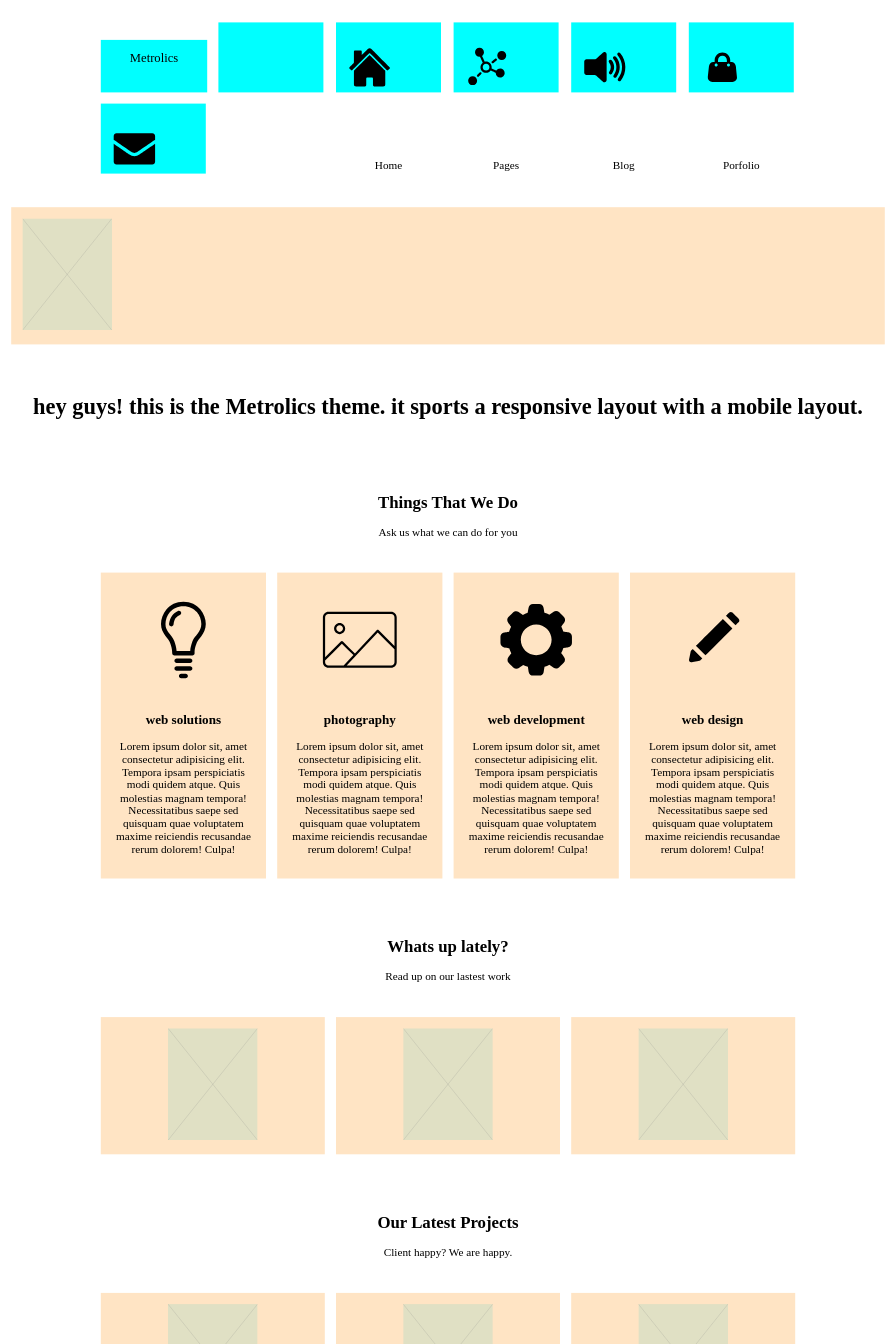
Repository: jjennbui/MDIA2003G-Assignment03B
Page: index.html
The author's editor kept a copy of each file at every save. The page is drawn from the files as they stood at one save, then again after the next save.
The browser window is 1280 px wide. The pictures show the part of the page from y = 0 to 1920 px (the page is 2739 px tall before and 2660 px after), at 70% of full size.

Above is the page before, as saved 2023-01-30 23:10:08.

After the next save:
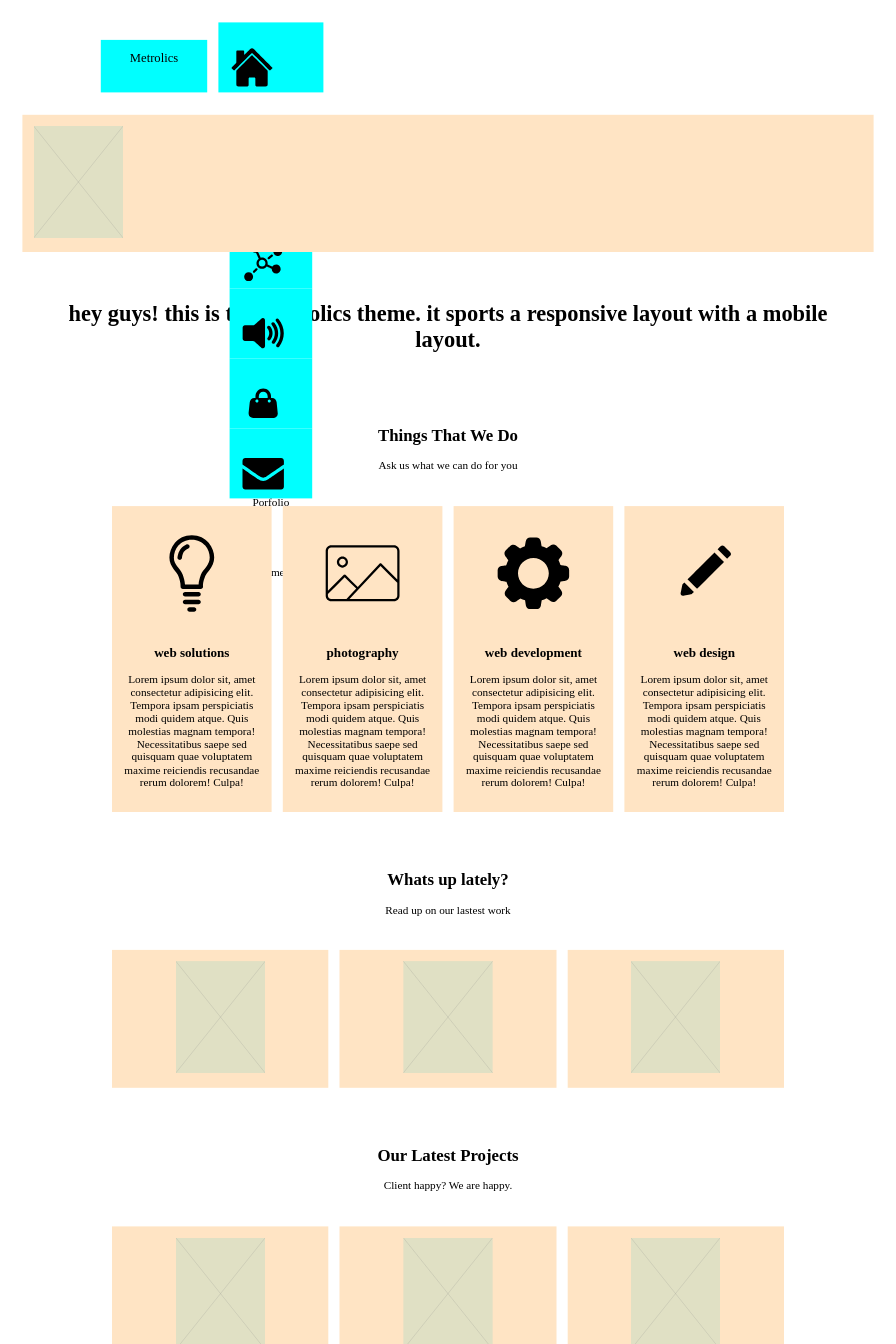
Saved 6 s later.
--- a/index.html
+++ b/index.html
@@ -30,7 +30,7 @@
       <div class="Metrolics">Metrolics</div>
 
       <div class="navicon">
-
+        <img src="img/house-solid.svg"
 
       </div>
 

After the save that followed:
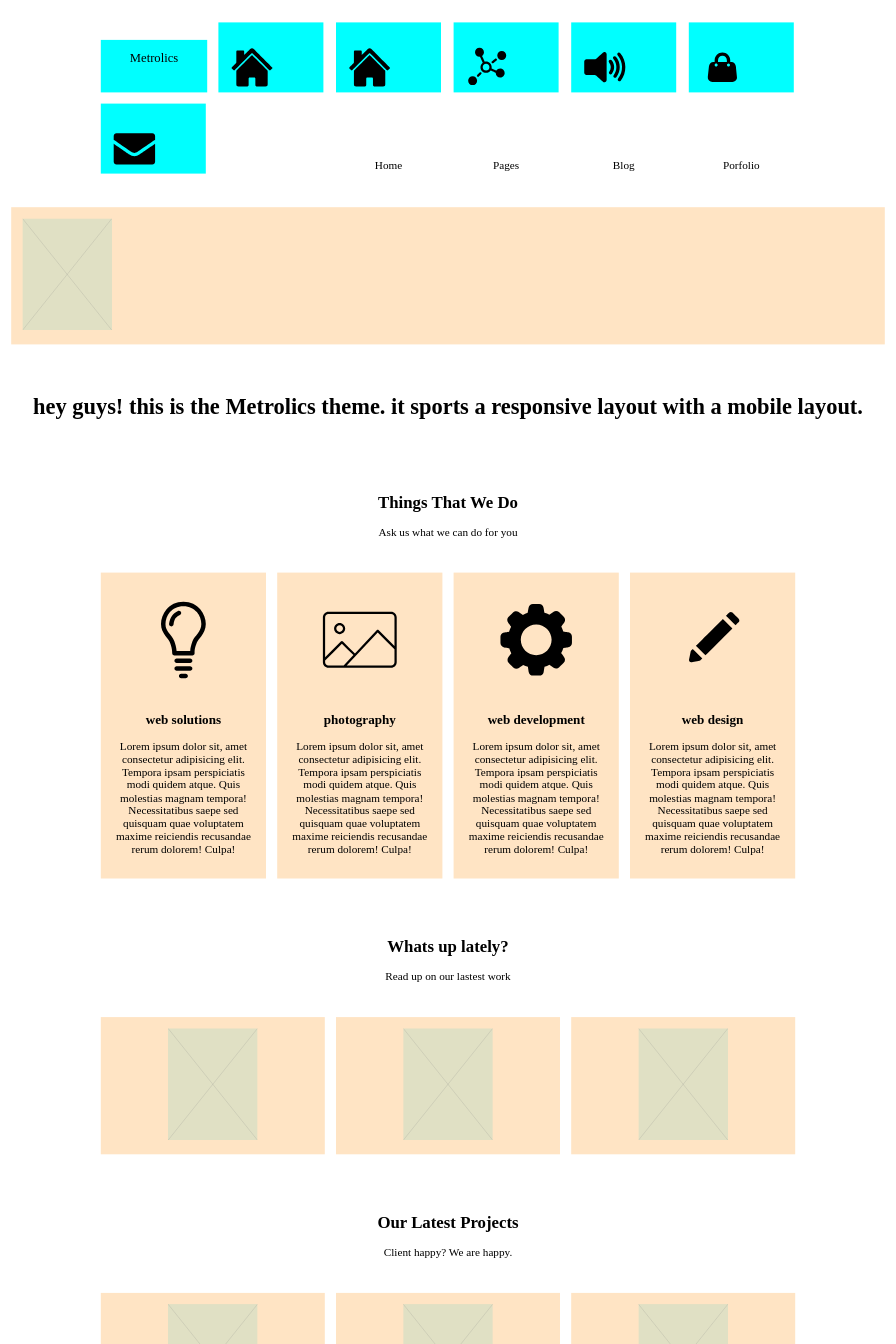
Saved 8 s later.
--- a/index.html
+++ b/index.html
@@ -31,6 +31,7 @@
 
       <div class="navicon">
         <img src="img/house-solid.svg"
+        <img src="img/network-solid.svg">
 
       </div>
 
